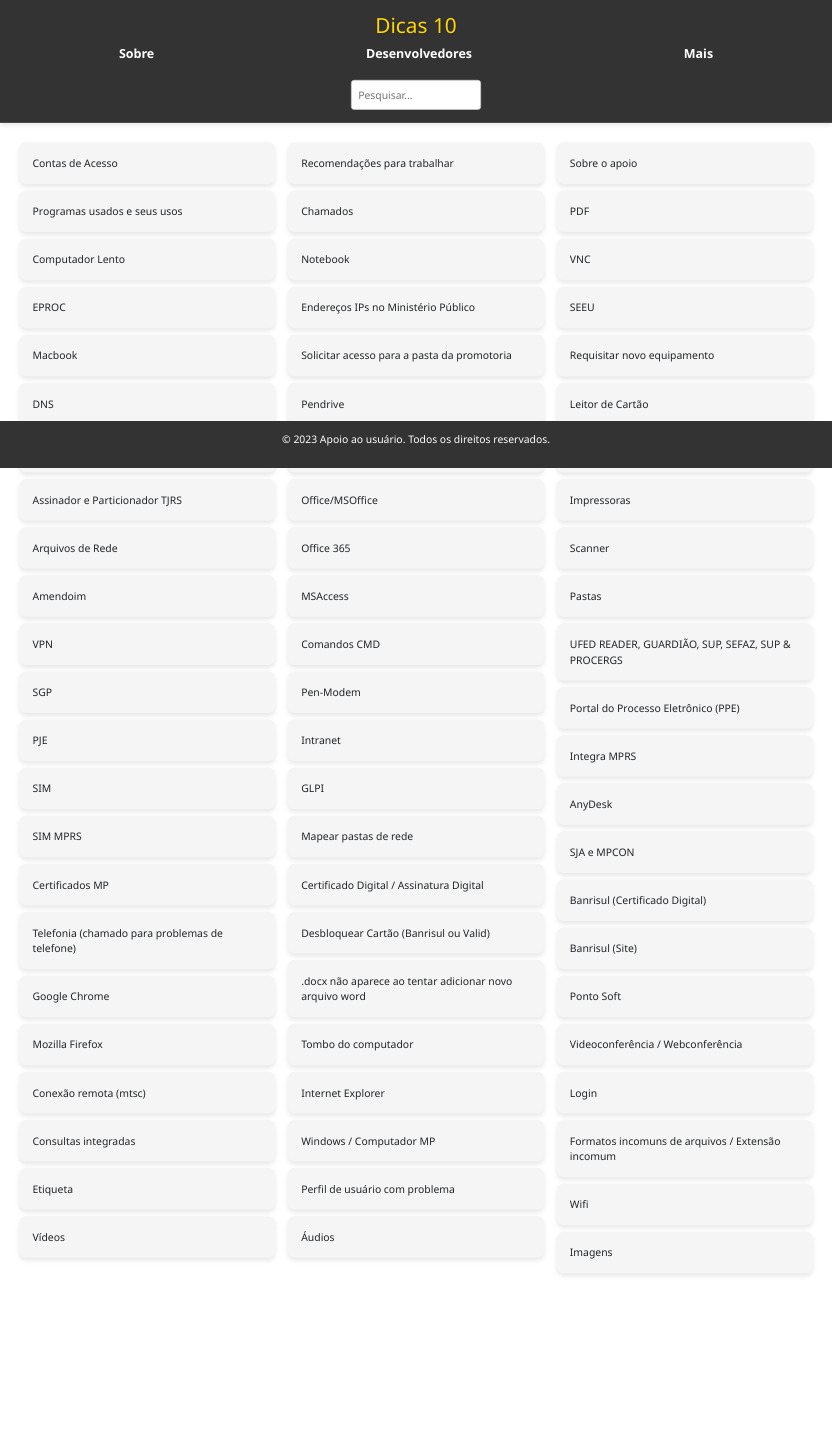
Repository: I4guito/dicasdez
Page: Dicas site/index.html
An editor plug-in stored every save of this project. The page is shown before and after the next save, followed by the edit.
The browser window is 1280 px wide. The pictures show the whole page, at 65% of full size.

Above is the page before, as saved 2023-12-11 12:09:22.

### Dicas site/index.html
<!DOCTYPE html>
<html lang="en">
<head>
    <meta charset="UTF-8">
    <meta name="viewport" content="width=device-width, initial-scale=1, shrink-to-fit=no">
    <link rel="stylesheet" href="https://stackpath.bootstrapcdn.com/bootstrap/4.3.1/css/bootstrap.min.css">
    <script src="https://code.jquery.com/jquery-3.3.1.slim.min.js"></script>
    <script src="https://stackpath.bootstrapcdn.com/bootstrap/4.3.1/js/bootstrap.min.js"></script>
    <link rel="stylesheet" href="styles.css">
    <script src="script.js"></script>

    <title>Dicas 10</title>
</head>
<body>
    <header>
        <h1>Dicas 10</h1>
        <nav>
            <ul>
                <li><a href="/Dicas site/Sobre/sobre.html">Sobre </a></li>
                <li><a href="/Dicas site/Desenvolvedores/desen.html">Desenvolvedores</a></li>
                <li><a href="/Dicas site/Mais/Mais.html">Mais</a></li>
            </ul>
        </nav>
        <input type="text" id="searchBar" placeholder="Pesquisar..." oninput="filterItems()">
    </header>

    <main>
        <div class="column" id="column1">
            <div class="box" onclick="openPage('/Dicas site/Dicas/contasacesso')">Contas de Acesso</div>
            <div class="box" onclick="openPage('/Dicas site/programas/programas')">Programas usados e seus usos</div>
            <div class="box" onclick="openPage('Dicas/pclento')">Computador Lento</div>
            <div class="box" onclick="openPage('Dicas/eproc')">EPROC</div>
            <div class="box" onclick="openPage('Dicas/macbook')">Macbook</div>
            <div class="box" onclick="openPage('Dicas/dns')">DNS</div>
            <div class="box" onclick="openPage('Dicas/waths')">Wathsapp</div>
            <div class="box" onclick="openPage('Dicas/tjrsap')">Assinador e Particionador TJRS</div>
            <div class="box" onclick="openPage('Dicas/arquivosderede')">Arquivos de Rede</div>
            <div class="box" onclick="openPage('Dicas/amendoim')">Amendoim</div>
            <div class="box" onclick="openPage('Dicas/vpn')">VPN</div>
            <div class="box" onclick="openPage('Dicas/SGP')">SGP</div>
            <div class="box" onclick="openPage('Dicas/PJE')">PJE</div>
            <div class="box" onclick="openPage('Dicas/SIM')">SIM</div>
            <div class="box" onclick="openPage('Dicas/SIMMPRS')">SIM MPRS</div>
            <div class="box" onclick="openPage('Dicas/certmp')">Certificados MP</div>
            <div class="box" onclick="openPage('Dicas/telefonia')">Telefonia (chamado para problemas de telefone)</div>
            <div class="box" onclick="openPage('Dicas/chrome')">Google Chrome</div>
            <div class="box" onclick="openPage('Dicas/mozilla')">Mozilla Firefox</div>
            <div class="box" onclick="openPage('Dicas/mtsc')">Conexão remota (mtsc)</div>
            <div class="box" onclick="openPage('Dicas/consultasi')">Consultas integradas</div>
            <div class="box" onclick="openPage('Dicas/etiqueta')">Etiqueta</div>
            <div class="box" onclick="openPage('Dicas/sobrevideos')">Vídeos</div>
        </div>

        <div class="column" id="column2">
            <div class="box" onclick="openPage('Dicas/recomenda')">Recomendações para trabalhar</div>
            <div class="box" onclick="openPage('Dicas/chamado')">Chamados</div>
            <div class="box" onclick="openPage('Dicas/notebook')">Notebook</div>
            <div class="box" onclick="openPage('Dicas/ips')">Endereços IPs no Ministério Público</div>
            <div class="box" onclick="openPage('Dicas/pastapro')">Solicitar acesso para a pasta da promotoria</div>
            <div class="box" onclick="openPage('Dicas/pendrive')">Pendrive</div>
            <div class="box" onclick="openPage('Dicas/senhas')">Senhas</div>
            <div class="box" onclick="openPage('Dicas/msoffice')">Office/MSOffice</div>
            <div class="box" onclick="openPage('Dicas/365')">Office 365</div>
            <div class="box" onclick="openPage('Dicas/access')">MSAccess</div>
            <div class="box" onclick="openPage('Dicas/cmd')">Comandos CMD</div>
            <div class="box" onclick="openPage('Dicas/penmodem')">Pen-Modem</div>
            <div class="box" onclick="openPage('Dicas/Intranet')">Intranet</div>
            <div class="box" onclick="openPage('Dicas/GLPI')">GLPI</div>
            <div class="box" onclick="openPage('Dicas/maprede')">Mapear pastas de rede</div>
            <div class="box" onclick="openPage('Dicas/certificadoeassinatura')">Certificado Digital / Assinatura Digital</div>
            <div class="box" onclick="openPage('Dicas/banvalid')">Desbloquear Cartão (Banrisul ou Valid) </div>
            <div class="box" onclick="openPage('Dicas/docxn')">.docx não aparece ao tentar adicionar novo arquivo word</div>
            <div class="box" onclick="openPage('Dicas/tombo')">Tombo do computador</div>
            <div class="box" onclick="openPage('Dicas/explorer')">Internet Explorer</div>
            <div class="box" onclick="openPage('Dicas/windows compmp')">Windows / Computador MP</div>
            <div class="box" onclick="openPage('Dicas/perfilproblema')">Perfil de usuário com problema</div>
            <div class="box" onclick="openPage('Dicas/sobreaudios')">Áudios</div>
        </div>

        <div class="column" id="column3">
            <div class="box" onclick="openPage('Dicas/sapoio')">Sobre o apoio</div>
            <div class="box" onclick="openPage('Dicas/pdf')">PDF</div>
            <div class="box" onclick="openPage('Dicas/vnc')">VNC</div>
            <div class="box" onclick="openPage('Dicas/seeu')">SEEU</div>
            <div class="box" onclick="openPage('Dicas/requisiçãoequip')">Requisitar novo equipamento</div>
            <div class="box" onclick="openPage('Dicas/leitorcartao')">Leitor de Cartão</div>
            <div class="box" onclick="openPage('Dicas/cgasite')">Sites Bloqueados</div>
            <div class="box" onclick="openPage('Dicas/impressoras')">Impressoras</div>
            <div class="box" onclick="openPage('Dicas/scanner')">Scanner</div>
            <div class="box" onclick="openPage('Dicas/pasta')">Pastas</div>
            <div class="box" onclick="openPage('Dicas/alguns sistemas')">UFED READER, GUARDIÃO, SUP, SEFAZ, SUP & PROCERGS</div>
            <div class="box" onclick="openPage('Dicas/PPE')">Portal do Processo Eletrônico (PPE)</div>
            <div class="box" onclick="openPage('Dicas/integra')">Integra MPRS</div>
            <div class="box" onclick="openPage('Dicas/anydesk')">AnyDesk</div>
            <div class="box" onclick="openPage('Dicas/sja')">SJA e MPCON</div>
            <div class="box" onclick="openPage('Dicas/banricert')">Banrisul (Certificado Digital)</div>
            <div class="box" onclick="openPage('Dicas/banrisite')">Banrisul (Site)</div>
            <div class="box" onclick="openPage('Dicas/pontosoft')">Ponto Soft</div>
            <div class="box" onclick="openPage('Dicas/videoconfe')">Videoconferência / Webconferência</div>
            <div class="box" onclick="openPage('Dicas/loginmp')">Login</div>
            <div class="box" onclick="openPage('Dicas/formatosinc')">Formatos incomuns de arquivos / Extensão incomum</div>
            <div class="box" onclick="openPage('Dicas/wifi')">Wifi</div>
            <div class="box" onclick="openPage('Dicas/sobreimagens')">Imagens</div>
        </div>
    </main><br><br><br><br><br><br><br><br><br>


    <footer>
        <p>&copy; 2023 Apoio ao usuário. Todos os direitos reservados.</p>
    </footer>

</body>
</html>

### Dicas site/styles.css
body {
    font-family: 'Segoe UI', Tahoma, Geneva, Verdana, sans-serif;
    margin: 0;
    padding: 0;
    box-sizing: border-box;
}

header {
    background-color: #333;
    color: #fff;
    text-align: center;
    padding: 20px;
    box-shadow: 0 4px 8px rgba(0, 0, 0, 0.1);
}

header h1{
    margin: 0;
    font-size: 2em;
    color: #ffd700; /* Cor amarela */
    text-shadow: 2px 2px 4px rgba(0, 0, 0, 0.2);
}

nav ul {
    list-style-type: none;
    padding: 0;
    display: flex;
    justify-content: space-around;
    margin-top: 10px;
}

nav a {
    text-decoration: none;
    color: #fff;
    font-weight: bold;
    font-size: 1.2em;
    transition: color 0.3s ease-in-out;
}

nav a:hover {
    color: #ffd700; /* Cor do texto ao passar o mouse */
}

input[type="text"] {
    padding: 10px;
    margin-top: 10px;
    width: 200px;
    border: 1px solid #ccc;
    border-radius: 5px;
}

main {
    display: flex;
    justify-content: space-around;
    padding: 20px;
}

.column {
    flex: 1;
}


.box {
    background-color: #f5f5f5;
    padding: 20px;
    margin: 10px;
    cursor: pointer;
    border-radius: 10px;
    box-shadow: 0 4px 8px rgba(0, 0, 0, 0.1);
    transition: background-color 0.3s ease-in-out;
}

.box:hover {
    background-color: #ddd;
}

footer {
    background-color: #333;
    color: #fff;
    text-align: center;
    padding: 1em;
    position: fixed;
    bottom: 0;
    width: 100%;
}

### Dicas site/script.js
function filterItems() {
    var searchBar = document.getElementById('searchBar');
    var filter = searchBar.value.toUpperCase();

    var columns = document.getElementsByClassName('column');
    for (var i = 0; i < columns.length; i++) {
        var boxes = columns[i].getElementsByClassName('box');
        for (var j = 0; j < boxes.length; j++) {
            var item = boxes[j];
            var textValue = item.textContent || item.innerText;
            if (textValue.toUpperCase().indexOf(filter) > -1) {
                item.style.display = "";
            } else {
                item.style.display = "none";
            }
        }
    }
}

function openPage(pageName) {
    window.location.href = pageName + '.html';
}

const isOpera = navigator.userAgent.indexOf("OPR") > -1;

if (isOpera) {
    document.addEventListener("DOMContentLoaded", function () {
        const containers = document.querySelectorAll(".container");
        containers.forEach(function (container) {
            container.style.backgroundColor = "#005c4b";
            container.style.color = "#333";
        });
    });
}

After the next save:
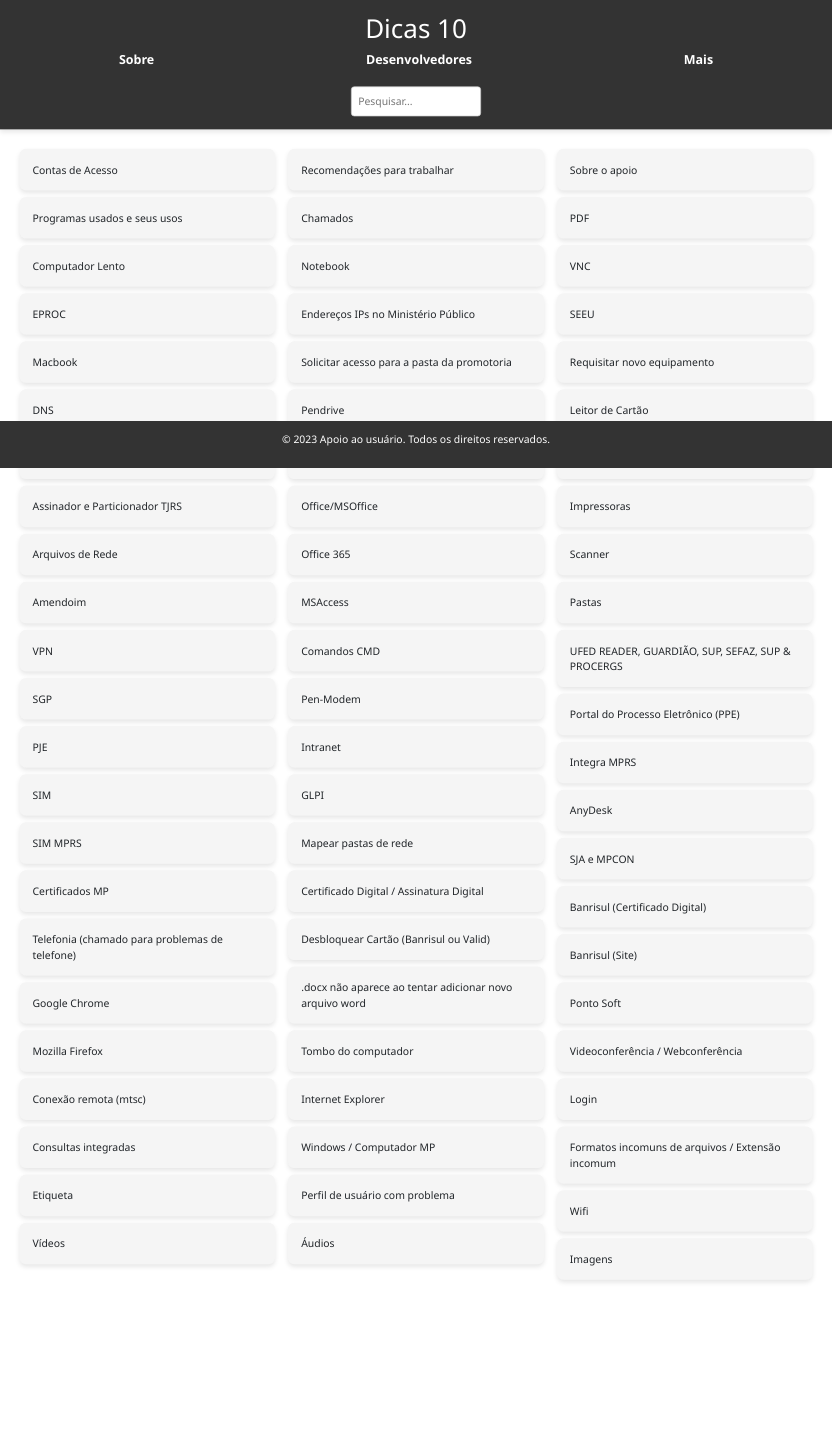
Saved 10 s later.
--- a/Dicas site/styles.css
+++ b/Dicas site/styles.css
@@ -13,12 +13,7 @@
     box-shadow: 0 4px 8px rgba(0, 0, 0, 0.1);
 }
 
-header h1{
-    margin: 0;
-    font-size: 2em;
-    color: #ffd700; /* Cor amarela */
-    text-shadow: 2px 2px 4px rgba(0, 0, 0, 0.2);
-}
+
 
 nav ul {
     list-style-type: none;

After the 2 saves that followed:
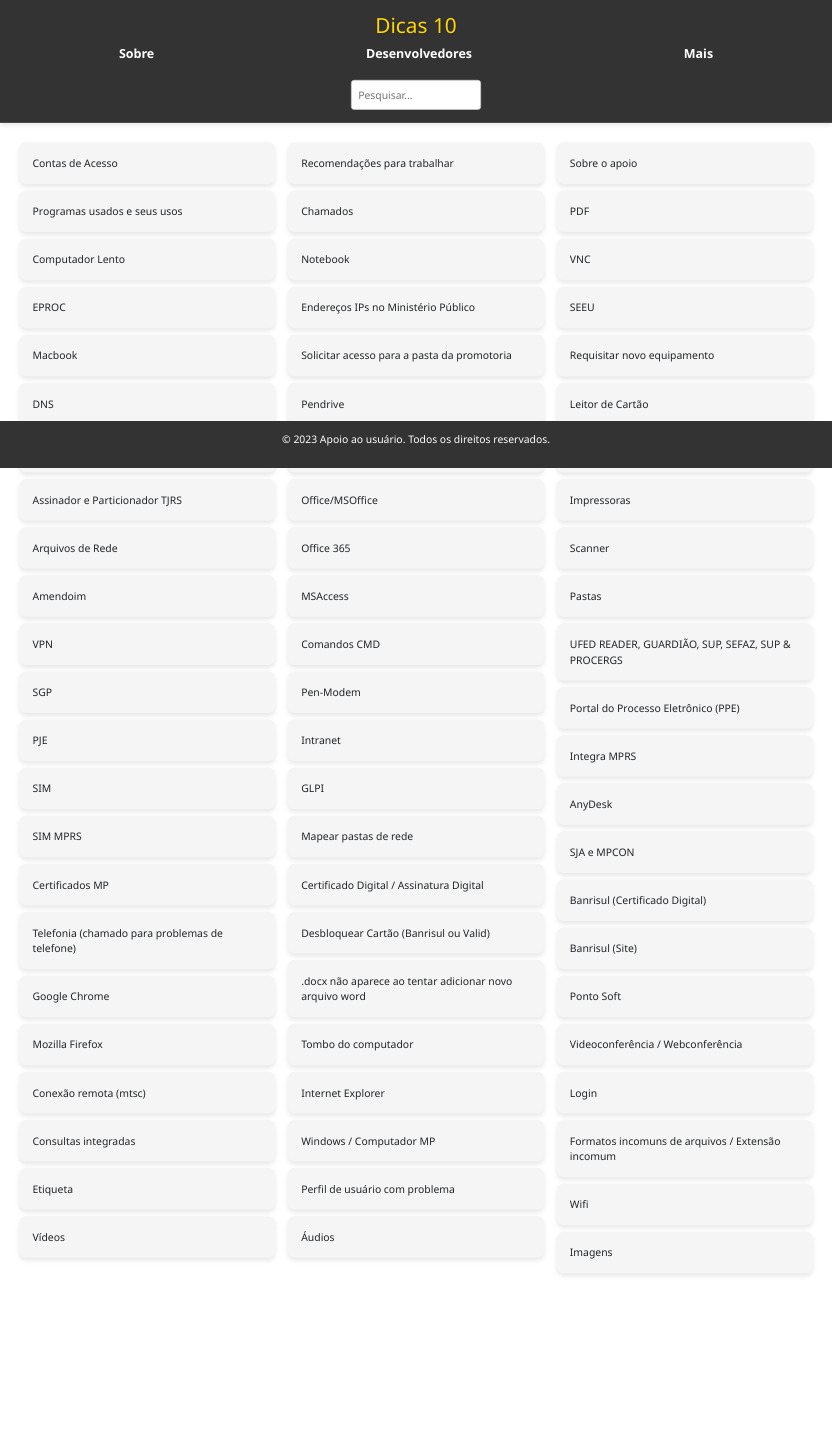
The 2 saves are shown as one change because 1 left the picture as it was.
The last was saved 28 s later.
--- a/Dicas site/styles.css
+++ b/Dicas site/styles.css
@@ -2,7 +2,7 @@
     font-family: 'Segoe UI', Tahoma, Geneva, Verdana, sans-serif;
     margin: 0;
     padding: 0;
-    box-sizing: border-box;
+
 }
 
 header {
@@ -13,7 +13,12 @@
     box-shadow: 0 4px 8px rgba(0, 0, 0, 0.1);
 }
 
-
+header h1{
+    margin: 0;
+    font-size: 2em;
+    color: #ffd700; /* Cor amarela */
+    text-shadow: 2px 2px 4px rgba(0, 0, 0, 0.2);
+}
 
 nav ul {
     list-style-type: none;
